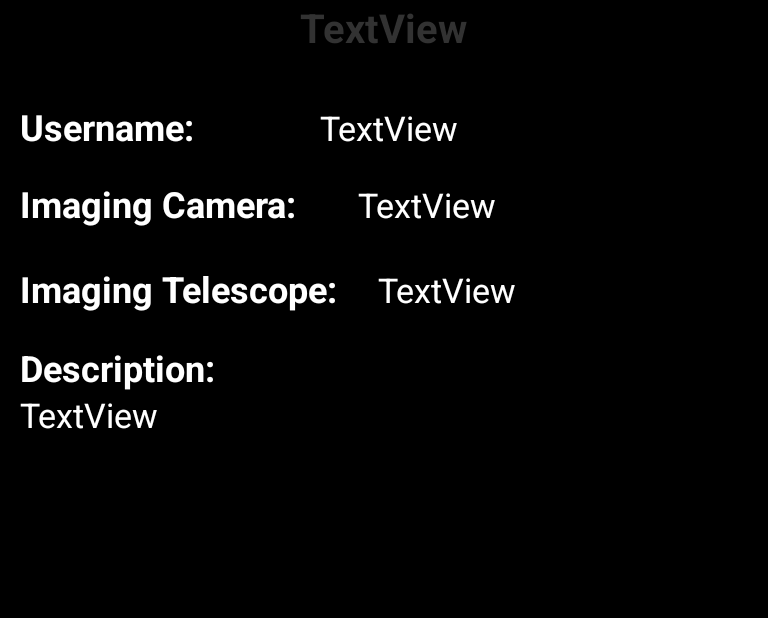
Repository: arianaantonio/APD2
Layout: AstroPix/res/layout/fragment_detail.xml
These files come from the project's save history. The layout is drawn as it stood at one moment and after the next save; the edit follows.
The pictures show rows 0 to 618 of an output 1280 px tall.
Pictures or frames that could not be fetched are drawn as grey boxes. It is drawn on a 768 x 1280 px phone screen (xhdpi) without system bars, with theme AppTheme; the app's code is not run.

Above is the layout before, as saved 2014-09-20 22:03:18.

### AstroPix/res/layout/fragment_detail.xml
<?xml version="1.0" encoding="utf-8"?>
<RelativeLayout xmlns:android="http://schemas.android.com/apk/res/android"
android:layout_width="match_parent"
android:layout_height="match_parent"
android:orientation="vertical"
android:background="@color/Black" >
<TextView
android:id="@+id/textView1"
android:layout_width="wrap_content"
android:layout_height="wrap_content"
android:layout_alignParentTop="true"
android:layout_centerHorizontal="true"
android:text="TextView"
android:textSize="20sp"
android:textStyle="bold" />
<TextView
android:id="@+id/textView3"
android:layout_width="wrap_content"
android:layout_height="wrap_content"
android:layout_marginRight="10dp"
android:layout_alignBaseline="@+id/textView2"
android:layout_alignBottom="@+id/textView2"
android:textColor="@color/white"
android:layout_marginLeft="10dp"
android:layout_alignLeft="@+id/textView1"
android:layout_alignParentRight="true"
android:text="TextView"
android:textSize="17sp" />
<TextView
android:id="@+id/textView7"
android:layout_width="wrap_content"
android:layout_height="wrap_content"
android:layout_above="@+id/textView5"
android:layout_alignParentRight="true"
android:textColor="@color/white"
android:layout_marginLeft="10dp"
android:layout_marginRight="10dp"
android:layout_toRightOf="@+id/textView5"
android:text="TextView"
android:textSize="17sp" />
<TextView
android:id="@+id/textView8"
android:layout_width="wrap_content"
android:layout_height="wrap_content"
android:layout_above="@+id/textView6"
android:layout_marginLeft="10dp"
android:layout_alignLeft="@+id/textView7"
android:layout_alignParentRight="true"
android:textColor="@color/white"
android:layout_marginRight="16dp"
android:text="TextView"
android:textSize="17sp" />
<TextView
android:id="@+id/textView9"
android:layout_width="wrap_content"
android:layout_height="wrap_content"
android:layout_alignParentLeft="true"
android:layout_alignParentRight="true"
android:layout_below="@+id/textView6"
android:textColor="@color/white"
android:layout_marginLeft="10dp"
android:layout_marginRight="10dp"
android:lines="5"
android:text="TextView"
android:textSize="17sp" />
<TextView
android:id="@+id/textView5"
android:layout_width="wrap_content"
android:layout_height="wrap_content"
android:layout_alignParentLeft="true"
android:layout_below="@+id/textView4"
android:layout_marginTop="18dp"
android:textColor="@color/white"
android:text="@string/telescope"
android:layout_marginLeft="10dp"
android:textSize="18sp"
android:textStyle="bold" />
<TextView
android:id="@+id/textView6"
android:layout_width="wrap_content"
android:layout_height="wrap_content"
android:layout_alignParentLeft="true"
android:layout_below="@+id/textView5"
android:layout_marginTop="15dp"
android:textColor="@color/white"
android:text="@string/description"
android:layout_marginLeft="10dp"
android:textSize="18sp"
android:textStyle="bold" />
<TextView
android:id="@+id/textView4"
android:layout_width="wrap_content"
android:layout_height="wrap_content"
android:layout_alignParentLeft="true"
android:layout_below="@+id/textView2"
android:layout_marginTop="14dp"
android:text="@string/camera"
android:textColor="@color/white"
android:layout_marginLeft="10dp"
android:textSize="18sp"
android:textStyle="bold" />
<TextView
android:id="@+id/textView2"
android:layout_width="wrap_content"
android:layout_height="wrap_content"
android:layout_alignParentLeft="true"
android:layout_below="@+id/textView1"
android:layout_marginTop="24dp"
android:textColor="@color/white"
android:text="@string/username"
android:layout_marginLeft="10dp"
android:textSize="18sp"
android:textStyle="bold" />
<com.loopj.android.image.SmartImageView
android:id="@+id/runner_up"
android:layout_width="match_parent"
android:layout_height="160dp"
android:layout_below="@+id/textView9"
android:layout_marginTop="10dp"
android:layout_marginLeft="10dp"
android:layout_marginRight="10dp"
android:visibility="visible" />
</RelativeLayout>

### AstroPix/res/values/strings.xml
<?xml version="1.0" encoding="utf-8"?>
<resources>

    <string name="app_name">AstroPix</string>
    <string name="title_section1">Image Of The Day</string>
    <string name="title_section2">Most Recent</string>
    <string name="title_section3">Search AstroBin</string>
    <string name="navigation_drawer_open">Open navigation drawer</string>
    <string name="navigation_drawer_close">Close navigation drawer</string>
    <string name="action_example">Example action</string>
    <string name="action_settings">Settings</string>
    <string name="splash">Splash Screen Image</string>
    <color name="Black">#000000</color>
    <string name="imageOfTheDay">Image Of The Day</string>
    <string name="runnerUp">Runner Up</string>
    <string name="description">Description:</string>
    <string name="username">Username:</string>
    <string name="camera">Imaging Camera:</string>
    <string name="telescope">Imaging Telescope:</string>
    <string name="about">About</string>
    <string name="favorite">Favorite</string>
    <string name="share">Share</string>
    <string name="title_section4">Favorites</string>
    <color name="darkgrey">#202020</color>
    <color name="pink">#FF3399</color>
    <color name="purple">#7F00FF</color>
    <color name="white">#FFFFFF</color>
    <string name="search_title">Search AstroBin</string>
    <string name="search_hint">Crab Nebula</string>
    <string name="title_section5">Image Details</string>

</resources>

Loaded but not shown: AstroPix/res/values/styles.xml (common file); AstroPix/res/values-v11/styles.xml (common file); AstroPix/res/values-v14/styles.xml (common file)

After the next save:
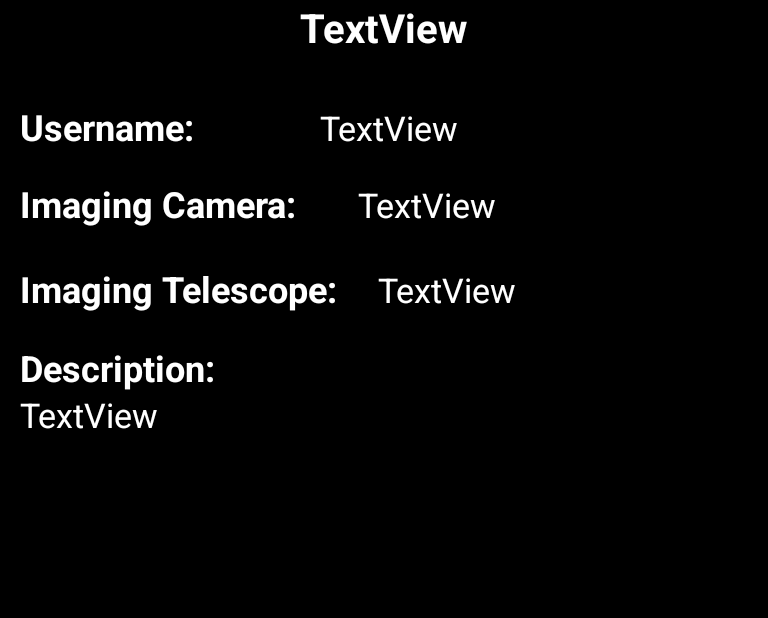
Saved 23 s later.
--- a/AstroPix/res/layout/fragment_detail.xml
+++ b/AstroPix/res/layout/fragment_detail.xml
@@ -11,6 +11,7 @@ android:layout_height="wrap_content"
 android:layout_alignParentTop="true"
 android:layout_centerHorizontal="true"
 android:text="TextView"
+android:textColor="@color/white"
 android:textSize="20sp"
 android:textStyle="bold" />
 <TextView
